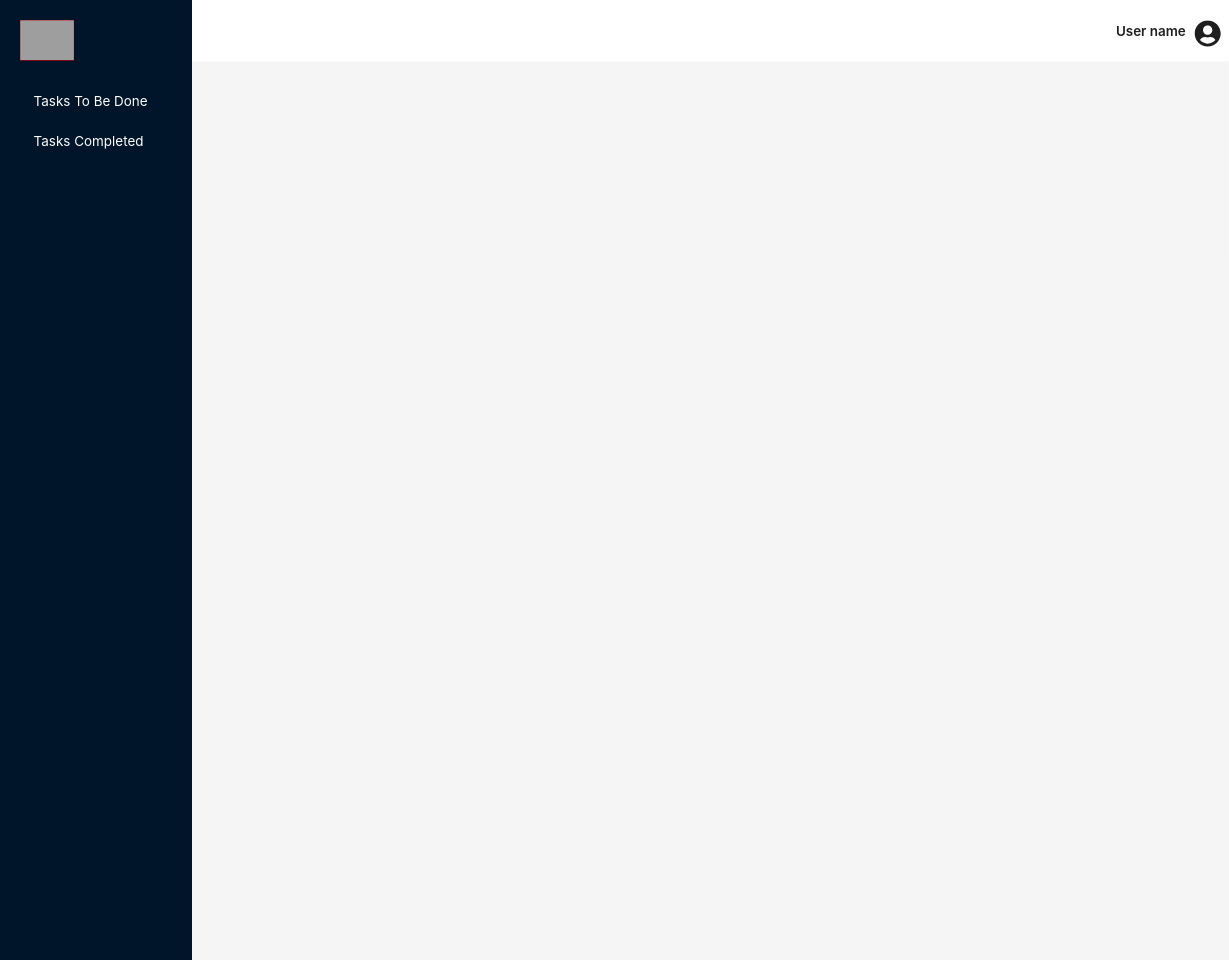
Repository: runner855/todolist_new
Page: /
The author's editor kept a copy of each file at every save. The page is drawn from the files as they stood at one save, then again after the next save.
The browser window is 1280 px wide. The pictures show the whole page, at 96% of full size.
Pictures or frames that could not be fetched are drawn as grey boxes. The project was rebuilt for these pictures with package versions that can differ from the ones it lists, and the page was loaded fresh each time.

Above is the page before, as saved 2023-03-19 22:28:16.

### src/index.tsx
import React from "react";
import ReactDOM from "react-dom/client";
import "./index.css";
import { App } from "./App";
import { BrowserRouter } from "react-router-dom";

const root = ReactDOM.createRoot(
  document.getElementById("root") as HTMLElement
);
root.render(
  <React.StrictMode>
    <BrowserRouter>
    <App />
    </BrowserRouter>
  </React.StrictMode>
);

### src/App.tsx
import React from 'react';
import './App.css';
import { NavBar } from './components/NavBar/NavBar';

export const App = () =>{
  return (
    <div className="App">
      <NavBar/>

    </div>
  );
}

### src/components/NavBar/NavBar.tsx
import React from 'react';

import { Layout, Menu, theme } from 'antd';
import { FaUserCircle } from 'react-icons/fa';
import { PagesArray } from '../../Utilities/Utility'
import "../NavBar/NavBar.css";
import { NavLink } from 'react-router-dom';

const { Header, Content, Footer, Sider } = Layout;

export const NavBar = () => {

  const {
    token: { colorBgContainer },
  } = theme.useToken();

  return (
      <Layout>
      <Sider
        breakpoint="lg"
        collapsedWidth="0"
        style={{height:1000}}
        onBreakpoint={(broken) => {
          console.log(broken);
        }}
        onCollapse={(collapsed, type) => {
          console.log(collapsed, type);
        }}
      >
        <div className="logo" />
        {/* <Menu
          theme="dark"
          mode="inline"
          items={PagesArray && PagesArray.map(
            (item, index) => ({
              key: index,

              label:  item.label ? <NavLink   to={item.to}>{item.label}</NavLink> :
              <img  className="logo"src={item.image} alt="logo"/>
            })
          )}


        /> */}
      <Menu theme="dark" mode="inline">{PagesArray && PagesArray.map((item, index) => {
        return (
        <ul className='links_container'>
          <li className='item_link'>{item.label ? <NavLink to={item.to}>{item.label}</NavLink>: <div className='logo'><img  src={item.image} alt="logo"/></div>}</li>
        </ul>



        )
      })}</Menu>
      </Sider>
      <Layout>
        <Header style={{ padding: 0, background: colorBgContainer }}>
        <div className='avatar_container'>
          <ul className='user'>
            <li className='user_text'>User name</li>
            <li className='user_icon'><FaUserCircle/></li>

          </ul>
          </div>

        </Header>
      </Layout>
    </Layout>
   );
}

### src/Utilities/Utility.tsx
import { TASKS_TO_BE_DONE, TASKS_COMPLETED } from '../Constants/Dictionary';
import { AppUrls } from '../Types/appTypes';
import { LOGO } from '../Constants/Dictionary';
export const PagesArray = [
  {image:LOGO},
  {label: TASKS_TO_BE_DONE, to: AppUrls.TASKS_TO_BE_DONE},
  {label: TASKS_COMPLETED, to: AppUrls.TASKS_COMPLETED},

]

### src/components/NavBar/NavBar.css
#components-layout-demo-responsive .logo {
  height: 32px;
  margin: 16px;
  background: rgba(255, 255, 255, 0.2);
}

li {
  list-style-type: none;
}

.user {
  display: flex;
  flex-direction: row;
  justify-content: right;
}

.user_icon {
  font-size: 2em;
  margin-right: 0.1em;
  margin: 0em 0.3em 0em 0.3em;
  line-height: 1.8;
}

.user_text {
  line-height: 2.7;
  font-weight: 600;
}

img {
  height: 3em;
  text-align: center;
}

.links_container {
  display: flex;
  flex: column;
}

.item_link {
  margin: 1.5em;
  background-color: red;
}

.item_link a:active {
  border-left: solid red 2px;
  background: rgba(255, 255, 255, 0.2);
}
a {
  color: white !important;
  margin-left: 1em;
}

.logo {
  background-color: red;
}

### src/Constants/Dictionary.ts
export const TASKS_TO_BE_DONE = "Tasks To Be Done";
export const TASKS_COMPLETED = "Tasks Completed"
export const LOGO = "LOGO";

### src/Types/appTypes.tsx

export enum AppUrls {
  TASKS_TO_BE_DONE = `/tasks_to_be_done`,
  TASKS_COMPLETED = "/tasks_copleted",

}

export enum LanguageEnum {
  EN = "en",
}

Loaded but not shown: public/index.html (common file); src/index.css (common file); src/App.css (common file)

After the next save:
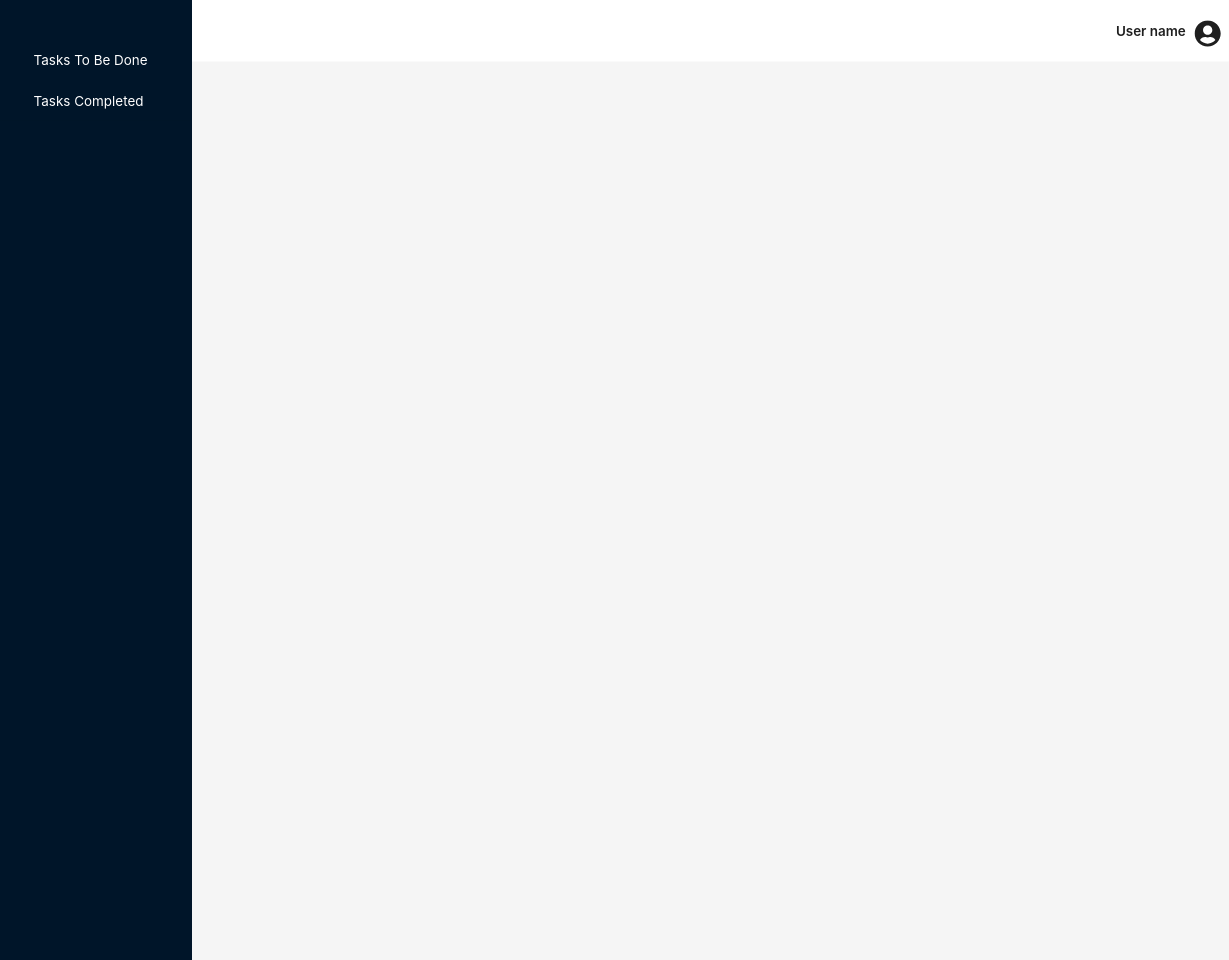
Saved 38 s later.
--- a/src/components/NavBar/NavBar.tsx
+++ b/src/components/NavBar/NavBar.tsx
@@ -45,7 +45,7 @@ export const NavBar = () => {
       <Menu theme="dark" mode="inline">{PagesArray && PagesArray.map((item, index) => {
         return (
         <ul className='links_container'>
-          <li className='item_link'>{item.label ? <NavLink to={item.to}>{item.label}</NavLink>: <div className='logo'><img  src={item.image} alt="logo"/></div>}</li>
+          <li className='item_link'>{ <NavLink to={item.to}>{item.label}</NavLink>}</li>
         </ul>
 
 
